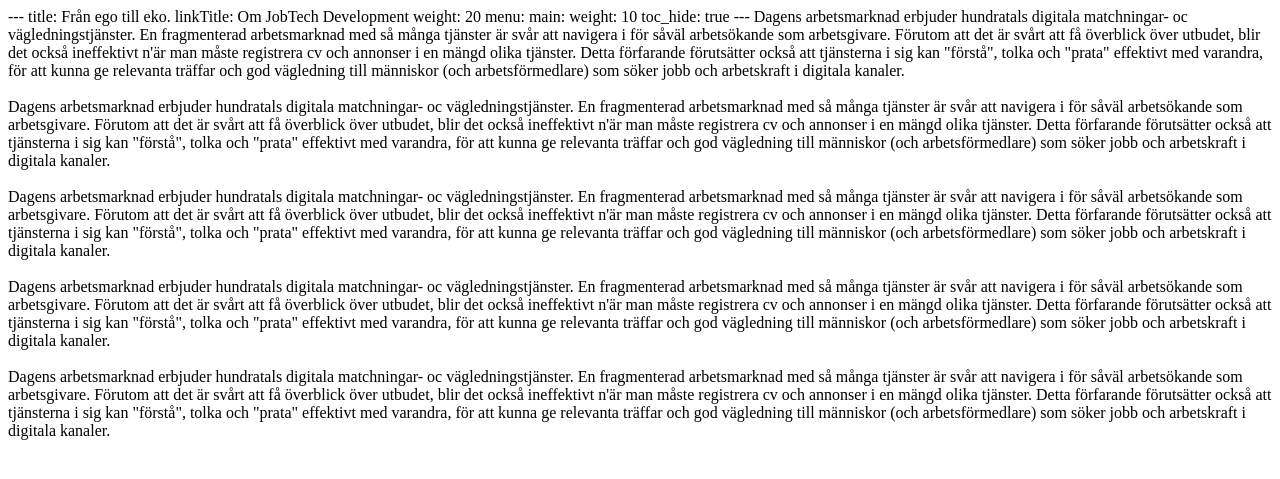
Repository: rudasn/docsy-cms-netlify
Page: content/sv/about/_index.html
These files come from the project's save history. The page is drawn as it stood at one moment and after the next save; the edit follows.
The browser window is 1280 px wide. The pictures show the whole page.

Above is the page before, as saved 2021-05-04 15:15:35.

### content/sv/about/_index.html

---
title: Från ego till eko.
linkTitle: Om JobTech Development
weight: 20
menu:
  main:
    weight: 10
toc_hide: true
---




Dagens arbetsmarknad erbjuder hundratals digitala matchningar- oc  vägledningstjänster.
En fragmenterad arbetsmarknad med så många tjänster är svår att navigera i för såväl arbetsökande som arbetsgivare. Förutom att det är svårt att få överblick över utbudet, blir det också ineffektivt n'är man  måste registrera cv och annonser i en mängd olika tjänster.
Detta förfarande förutsätter också att tjänsterna i sig kan "förstå", tolka och "prata" effektivt med varandra, för att kunna ge relevanta träffar och god vägledning till människor (och arbetsförmedlare)
som söker jobb och arbetskraft i digitala kanaler.  <br>
<br>


Dagens arbetsmarknad erbjuder hundratals digitala matchningar- oc  vägledningstjänster.
En fragmenterad arbetsmarknad med så många tjänster är svår att navigera i för såväl arbetsökande som arbetsgivare. Förutom att det är svårt att få överblick över utbudet, blir det också ineffektivt n'är man  måste registrera cv och annonser i en mängd olika tjänster.
Detta förfarande förutsätter också att tjänsterna i sig kan "förstå", tolka och "prata" effektivt med varandra, för att kunna ge relevanta träffar och god vägledning till människor (och arbetsförmedlare)
som söker jobb och arbetskraft i digitala kanaler.
<br>
<br>


Dagens arbetsmarknad erbjuder hundratals digitala matchningar- oc  vägledningstjänster.
En fragmenterad arbetsmarknad med så många tjänster är svår att navigera i för såväl arbetsökande som arbetsgivare. Förutom att det är svårt att få överblick över utbudet, blir det också ineffektivt n'är man  måste registrera cv och annonser i en mängd olika tjänster.
Detta förfarande förutsätter också att tjänsterna i sig kan "förstå", tolka och "prata" effektivt med varandra, för att kunna ge relevanta träffar och god vägledning till människor (och arbetsförmedlare)
som söker jobb och arbetskraft i digitala kanaler.
<br><br>

Dagens arbetsmarknad erbjuder hundratals digitala matchningar- oc  vägledningstjänster.
En fragmenterad arbetsmarknad med så många tjänster är svår att navigera i för såväl arbetsökande som arbetsgivare. Förutom att det är svårt att få överblick över utbudet, blir det också ineffektivt n'är man  måste registrera cv och annonser i en mängd olika tjänster.
Detta förfarande förutsätter också att tjänsterna i sig kan "förstå", tolka och "prata" effektivt med varandra, för att kunna ge relevanta träffar och god vägledning till människor (och arbetsförmedlare)
som söker jobb och arbetskraft i digitala kanaler.
<br><br>

Dagens arbetsmarknad erbjuder hundratals digitala matchningar- oc  vägledningstjänster.
En fragmenterad arbetsmarknad med så många tjänster är svår att navigera i för såväl arbetsökande som arbetsgivare. Förutom att det är svårt att få överblick över utbudet, blir det också ineffektivt n'är man  måste registrera cv och annonser i en mängd olika tjänster.
Detta förfarande förutsätter också att tjänsterna i sig kan "förstå", tolka och "prata" effektivt med varandra, för att kunna ge relevanta träffar och god vägledning till människor (och arbetsförmedlare)
som söker jobb och arbetskraft i digitala kanaler.

After the next save:
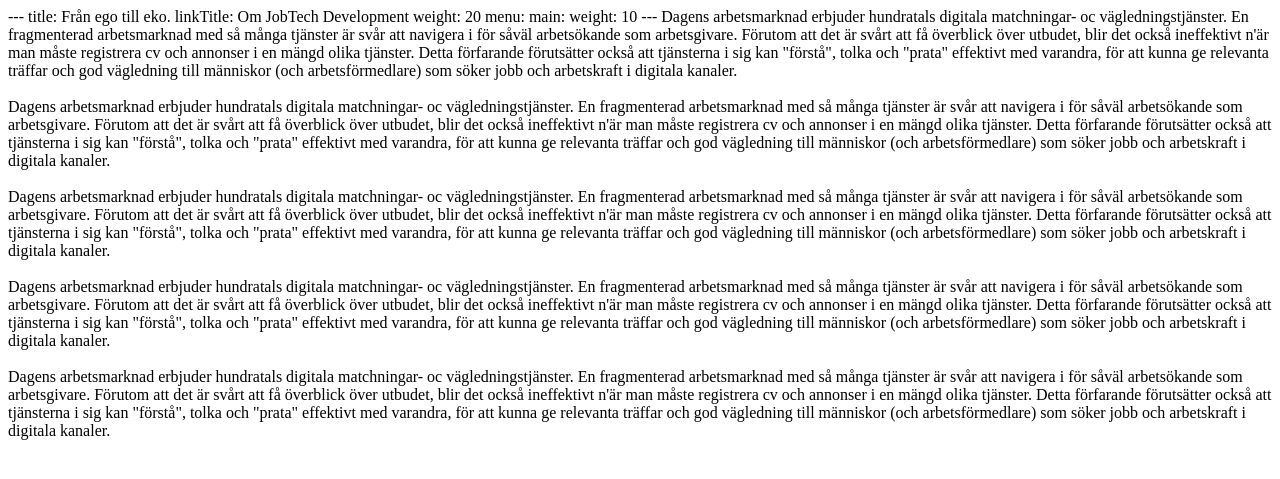
Saved 39 s later.
--- a/content/sv/about/_index.html
+++ b/content/sv/about/_index.html
@@ -6,7 +6,6 @@
 menu:
   main:
     weight: 10
-toc_hide: true
 ---
 
 
